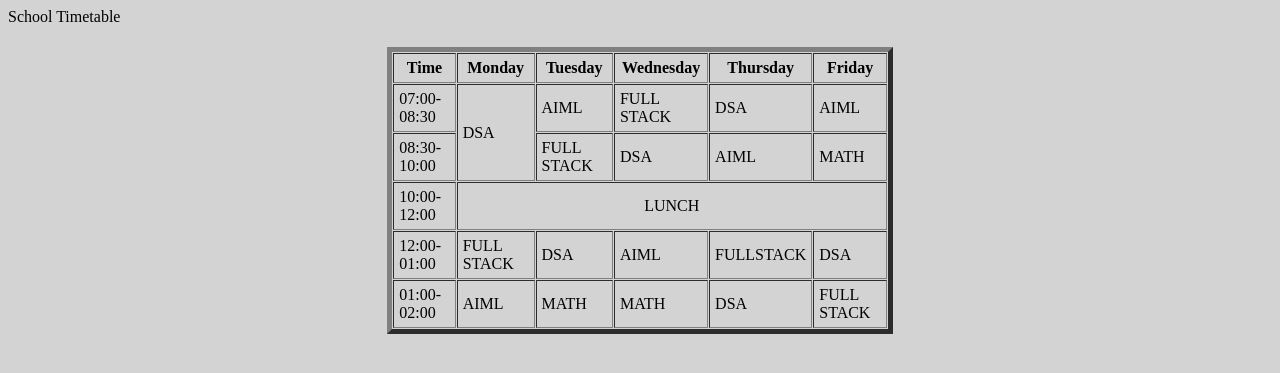
Repository: AdityaTech-Pro/FullStackWithBridgelabz
Page: Assignment2/table/index.html
An editor plug-in stored every save of this project. The page is shown before and after the next save, followed by the edit.
The browser window is 1280 px wide. The pictures show the whole page.

Above is the page before, as saved 2025-10-15 08:34:49.

### Assignment2/table/index.html
<html>

<head>
    <style>
        body {
            background-color: lightgray;
        }

        h1 {
            text-align: center;
        }

        .center {
            display: block;
            margin-left: auto;
            margin-right: auto;
            width: 40%;
        }
    </style>

    <tital>
        School Timetable</h1>
        <h1>
    </tital>


</head>

<body>


    <table border="5" cellspacing="1" cellpadding="5" class="center">
        <tr>
            <th>Time</th>
            <th>Monday</th>
            <th>Tuesday</th>
            <th>Wednesday</th>
            <th>Thursday</th>
            <th>Friday</th>
        </tr>
        <tr>
            <td>07:00-08:30</td>
            <td rowspan="2">DSA</td>
            <td>AIML</td>
            <td>FULL STACK</td>
            <td>DSA</td>
            <td>AIML</td>
        </tr>
        <tr>
            <td>08:30-10:00</td>
            <!--<td>DSA</td>-->
            <td>FULL STACK</td>
            <td>DSA</td>
            <td>AIML</td>
            <td>MATH</td>
        </tr>
        <tr>
            <td>10:00-12:00</td>
            <td colspan="5">
                <center>LUNCH</center>
            </td>
            <!--<td>LUNCH</td>
            <td>LUNCH</td>
            <td>LUNCH</td>
            <td>LUNCH</td>-->
        </tr>
        <tr>
            <td>12:00-01:00</td>
            <td>FULL STACK</td>
            <td>DSA</td>
            <td>AIML</td>
            <td>FULLSTACK</td>
            <td>DSA</td>
        </tr>
        <tr>
            <td>01:00-02:00</td>
            <td>AIML</td>
            <td>MATH</td>
            <td>MATH</td>
            <td>DSA</td>
            <td>FULL STACK</td>
        </tr>




    </table>
</body>

</html>

After the next save:
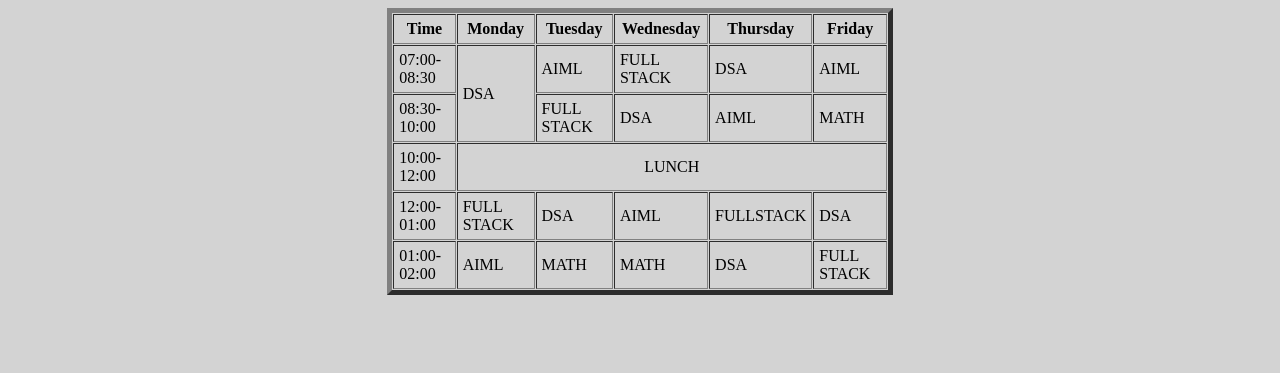
Saved 4 s later.
--- a/Assignment2/table/index.html
+++ b/Assignment2/table/index.html
@@ -19,8 +19,7 @@
     </style>
 
     <tital>
-        School Timetable</h1>
-        <h1>
+
     </tital>
 
 
